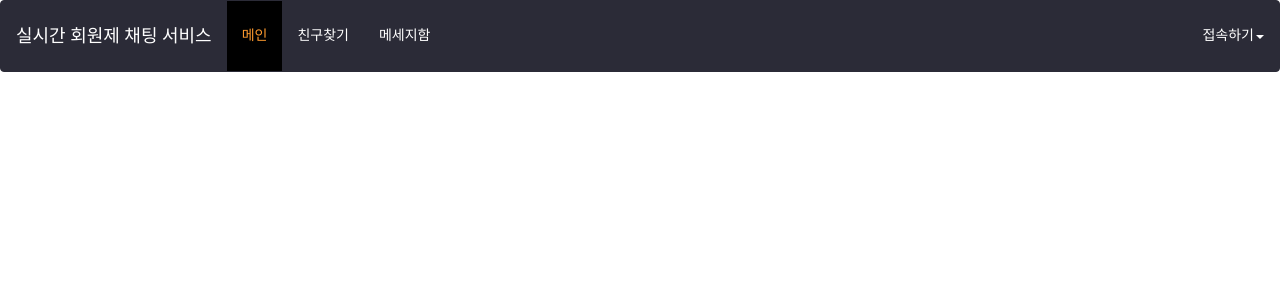
Repository: kkoseunghyun/javaAjaxChat
Page: http://localhost/UserChat/
The author's editor kept a copy of each file at every save. The page is drawn from the files as they stood at one save, then again after the next save.
The browser window is 1280 px wide. The pictures show the whole page.
Some web fonts or font styles are not loaded; a fallback is used. Some web libraries are served in a nearby version. The page is served by Tomcat 9.

Above is the page before, as saved 2019-05-30 12:18:30.

After the next save:
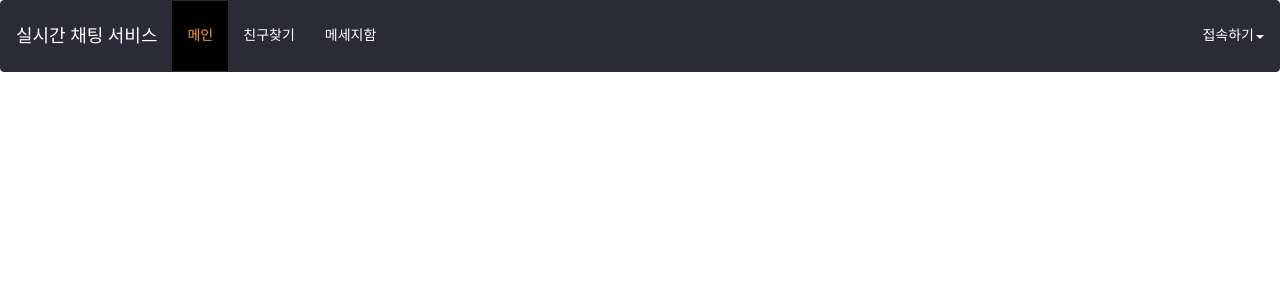
Saved 7 min 38 s later.
--- a/JspAjax/UserChat/WebContent/index.jsp
+++ b/JspAjax/UserChat/WebContent/index.jsp
@@ -54,7 +54,7 @@
 				<span class="icon-bar"></span>
 				<span class="icon-bar"></span>
 			</button>
-			<a class="navbar-brand" href="index.jsp">실시간 회원제 채팅 서비스</a>
+			<a class="navbar-brand" href="index.jsp">실시간 채팅 서비스</a>
 		</div>
 		<div class="collapse navbar-collapse" id="bs-example-navbar-collapse-1">
 			<ul class="nav navbar-nav">
